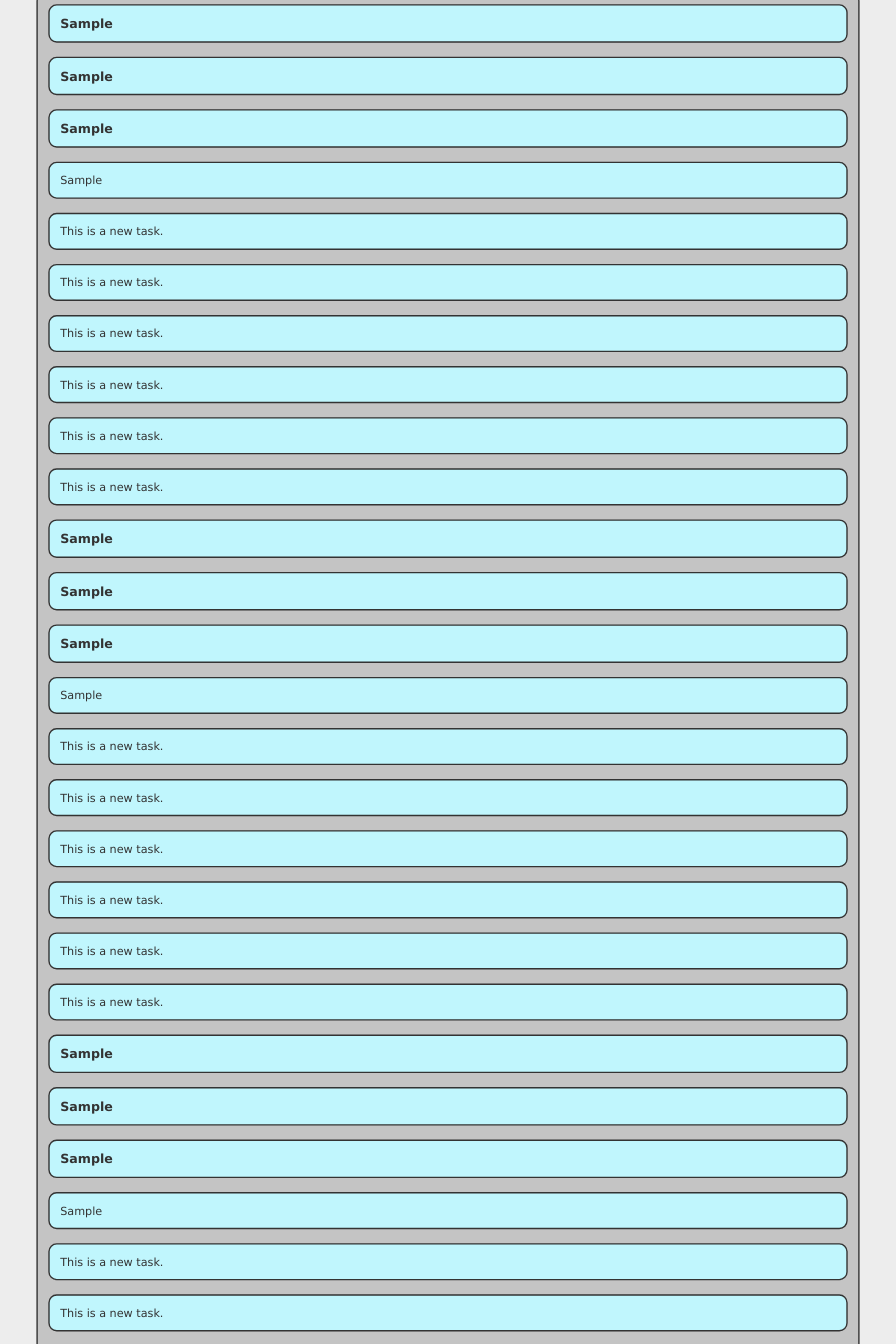
Repository: stuart-rickard/taskinator
Page: index.html
These files come from the project's save history. The page is drawn as it stood at one moment and after the next save; the edit follows.
The browser window is 1280 px wide. The pictures show the part of the page from y = 350 to 2270 px (the page is 6223 px tall before and 6598 px after), at 70% of full size.
Empty fields were first filled with sample values (such as "Sample", 5 or name@example.com).
After loading, the first visible `#task-form` was submitted once.

Above is the page before, as saved 2021-11-17 01:14:46.

### index.html
<!DOCTYPE html>
<html lang="en">
<head>
    <meta charset="UTF-8">
    <meta http-equiv="X-UA-Compatible" content="IE=edge">
    <meta name="viewport" content="width=device-width, initial-scale=1.0">
    <title>Taskinator</title>
    <link rel="stylesheet" href="./assets/css/style.css">
</head>
<body>
    <header>
        <h1 class="page-title">Taskinator</h1>
        <p>Click the button below to add a new task!</p>
        <form id="task-form">
            <div class="form-group">
                <input type="text" name="task-name" placeholder="Enter Task Name" />
            </div>
            <div class="form-group">
                <select name="task-type" class="select-dropdown">
                  <option value="" disabled selected>Pick a task type</option>
                  <option value="Print">Print</option>
                  <option value="Web">Web</option>
                  <option value="Mobile">Mobile</option>
                </select>
            </div>
            <div class="form-group">
                <button class="btn" id="save-task" type="submit">Add Task</button>
            </div>
        </form>
    </header>
    <main class="page-content">
        <section class="task-list-wrapper">
          <h2 class="list-title">Tasks To Do</h2>
          <ul class="task-list" id="tasks-to-do">

          </ul>
        </section>
    </main>
    <footer>
        &copy;2020 by Taskinator
    </footer>

    <script src="./assets/js/script.js"></script>
</body>
</html>
<!DOCTYPE html>
<html lang="en">
<head>
    <meta charset="UTF-8">
    <meta http-equiv="X-UA-Compatible" content="IE=edge">
    <meta name="viewport" content="width=device-width, initial-scale=1.0">
    <title>Taskinator</title>
    <link rel="stylesheet" href="./assets/css/style.css">
</head>
<body>
    <header>
        <h1 class="page-title">Taskinator</h1>
        <p>Click the button below to add a new task!</p>
        <form id="task-form">
            <div class="form-group">
                <input type="text" name="task-name" placeholder="Enter Task Name" />
            </div>
            <div class="form-group">
                <select name="task-type">
                  <option value="" disabled selected>Pick a task type</option>
                  <option value="Print">Print</option>
                  <option value="Web">Web</option>
                  <option value="Mobile">Mobile</option>
                </select>
            </div>
            <div class="form-group">
                <button class="btn" id="save-task" type="submit">Add Task</button>
            </div>
        </form>
    </header>
    <main class="page-content">
        <section class="task-list-wrapper">
          <h2 class="list-title">Tasks To Do</h2>
          <ul class="task-list" id="tasks-to-do">

          </ul>
        </section>
    </main>
    <footer>
        &copy;2020 by Taskinator
    </footer>

    <script src="./assets/js/script.js"></script>
</body>
</html>
<!DOCTYPE html>
<html lang="en">
<head>
    <meta charset="UTF-8">
    <meta http-equiv="X-UA-Compatible" content="IE=edge">
    <meta name="viewport" content="width=device-width, initial-scale=1.0">
    <title>Taskinator</title>
    <link rel="stylesheet" href="./assets/css/style.css">
</head>
<body>
    <header>
        <h1 class="page-title">Taskinator</h1>
        <p>Click the button below to add a new task!</p>
        <form id="task-form">
            <div class="form-group">
                <input type="text" name="task-name" placeholder="Enter Task Name" />
            </div>
            <div class="form-group">
                <button class="btn" id="save-task" type="submit">Add Task</button>
            </div>
        </form>
    </header>
    <main class="page-content">
        <section class="task-list-wrapper">
          <h2 class="list-title">Tasks To Do</h2>
          <ul class="task-list" id="tasks-to-do">

          </ul>
        </section>
    </main>
    <footer>
        &copy;2020 by Taskinator
    </footer>

    <script src="./assets/js/script.js"></script>
</body>
</html>
<!DOCTYPE html>
<html lang="en">
<head>
    <meta charset="UTF-8">
    <meta http-equiv="X-UA-Compatible" content="IE=edge">
    <meta name="viewport" content="width=device-width, initial-scale=1.0">
    <title>Taskinator</title>
    <link rel="stylesheet" href="./assets/css/style.css">
</head>
<body>
    <header>
        <h1 class="page-title">Taskinator</h1>
        <p>Click the button below to add a new task!</p>
        <form id="task-form">
            <div class="form-group">
                <button class="btn" id="save-task" type="submit">Add Task</button>
            </div>
        </form>
    </header>
    <main class="page-content">
        <section class="task-list-wrapper">
          <h2 class="list-title">Tasks To Do</h2>
          <ul class="task-list" id="tasks-to-do">

          </ul>
        </section>
    </main>
    <footer>
        &copy;2020 by Taskinator
    </footer>

    <script src="./assets/js/script.js"></script>
</body>
</html>
<!DOCTYPE html>
<html lang="en">
<head>
    <meta charset="UTF-8">
    <meta http-equiv="X-UA-Compatible" content="IE=edge">
    <meta name="viewport" content="width=device-width, initial-scale=1.0">
    <title>Taskinator</title>
    <link rel="stylesheet" href="./assets/css/style.css">
</head>
<body>
    <header>
        <h1 class="page-title">Taskinator</h1>
        <p>Click the button below to add a new task!</p>
        <button class="btn" id="save-task" >Add Task</button>
    </header>
    <main class="page-content">
        <section class="task-list-wrapper">
          <h2 class="list-title">Tasks To Do</h2>
          <ul class="task-list" id="tasks-to-do">
            <li class="task-item">A task is going to be added soon!</li>
          </ul>
        </section>
    </main>
    <footer>
        &copy;2020 by Taskinator
    </footer>

    <script src="./assets/js/script.js"></script>
</body>
</html>

### assets/css/style.css
* {
  box-sizing: border-box;
}

:root {
  --primary: #44e9ff;
  --secondary: #497980;
  --tertiary: rgb(192, 246, 253);
  --grey: #333;
  font-size: 62.5%;
}

body {
  background: #ededed;
  color: var(--grey);
  margin: 0;
  padding: 0;
  display: flex;
  min-height: 100vh;
  flex-direction: column;
  font-family: Verdana, Geneva, Tahoma, sans-serif;
}

header {
  background: var(--secondary);
  padding: 30px 25px;
  border-bottom: 5px solid var(--primary);
}

header p {
  color: var(--tertiary);
  margin: 5px 0 20px;
  font-size: 2rem;
}

p,
li {
  font-size: 1.6rem;
}

form {
  display: flex;
  align-items: flex-end;
  flex-wrap: wrap;
}

form input {
  outline: none;
  border: none;
  padding: 12px;
  width: 100%;
  font-size: 2.2rem;
  border: 2px solid var(--grey);
  border-radius: 12px;
}

form .form-group {
  margin: 10px 6px 10px 0;
  flex: 1;
}

footer {
  width: 100%;
  background: var(--secondary);
  color: var(--tertiary);
  font-size: 2.4rem;
  padding: 20px;
  border-top: 5px solid var(--primary);
}

.page-title {
  color: var(--primary);
  margin-bottom: 5px;
  margin-top: 0;
  font-size: 4.5rem;
}

.page-content {
  flex: 1;
  display: flex;
  flex-wrap: wrap;
  justify-content: center;
  margin: 25px auto;
  width: 95%;
}

.task-list-wrapper {
  flex: 1;
  margin: 0 20px 20px;
}

.list-title {
  color: var(--secondary);
  font-size: 2.6rem;
}

.task-list {
  list-style: none;
  padding: 15px;
  height: calc(100% - 50px);
  background: rgb(196, 196, 196);
  border-radius: 12px;
  border: 2px solid var(--grey);
}

.task-item {
  color: var(--grey);
  padding: 15px 15px;
  border: 2px solid var(--grey);
  background: var(--tertiary);
  border-radius: 12px;
  margin-bottom: 20px;
}

.task-name {
  margin: 0;
  font-size: 1.8rem;
}

.task-type {
  color: var(--secondary);
  font-size: 1.55rem;
}
.task-actions {
  display: flex;
  flex-wrap: wrap;
  align-items: center;
  margin: 10px 0 5px 0;
  justify-content: space-between;
}

.task-actions button,
.task-actions select {
  flex: 1;
}

.btn {
  outline: none;
  border: none;
  display: inline-block;
  padding: 10px 15px;
  background: var(--primary);
  font-size: 2.2rem;
  border-radius: 12px;
  position: relative;
  top: -3px;
  box-shadow: 0 3px var(--grey);
}

.btn:hover {
  box-shadow: 0 2px var(--grey);
  top: -2px;
}
.btn:active {
  box-shadow: 0 0px var(--grey);
  top: 0;
}

.edit-btn,
.delete-btn {
  font-size: 1.4rem;
  padding: 5px 7px;
  margin: 3px;
  background: var(--secondary);
  color: #fff;
}

.select-dropdown,
.select-status {
  display: block;
  font-size: 2.2rem;
  color: #444;
  padding: 12px;
  width: 100%;
  max-width: 100%;
  margin: 0;
  border: 2px solid var(--grey);
  border-radius: 12px;
  -moz-appearance: none;
  -webkit-appearance: none;
  appearance: none;
  background-color: #fff;
  background-image: url("../images/select-arrow.svg");
  background-repeat: no-repeat, repeat;
  background-position: right 0.7em top 50%, 0 0;
  background-size: 0.65em auto, 100%;
}

.select-status {
  font-size: 1.4rem;
  padding: 4px 28px 4px 4px;
  width: auto;
}

.select-dropdown::-ms-expand,
.select-status::-ms-expand {
  display: none;
}

.select-dropdown:hover,
.select-status:hover {
  border-color: #888;
}

.select-dropdown:focus,
.select-status:focus {
  border-color: #aaa;
  box-shadow: 0 0 1px 3px rgba(59, 153, 252, 0.7);
  box-shadow: 0 0 0 3px -moz-mac-focusring;
  color: #222;
  outline: none;
}
.select-dropdown option,
.select-status option {
  font-weight: normal;
  font-size: 2rem;
}

@media screen and (max-width: 980px) {
  form .form-group {
    flex: 1 100%;
  }

  form .form-group button {
    width: 100%;
  }

  .task-list-wrapper {
    flex-basis: 100%;
  }

}

### assets/js/script.js
var formEl = document.querySelector("#task-form");
var tasksToDoEl = document.querySelector("#tasks-to-do");

var createTaskHandler = function() {

    event.preventDefault();
    var taskNameInput = document.querySelector("input[name='task-name']").value;
    var taskTypeInput = document.querySelector("select[name='task-type']").value;

    // create list item
    var listItemEl = document.createElement("li");
    listItemEl.className = "task-item";

    // create div to hold task info and add to list item
    var taskInfoEl = document.createElement("div");
    // give it a class name
    taskInfoEl.className = "task-info";
    // add HTML content to div
    taskInfoEl.innerHTML = "<h3 class='task-name'>" + taskNameInput + "</h3><span class='task-type'>" + taskTypeInput + "</span>";

    listItemEl.appendChild(taskInfoEl);

    // add entire list item to list
    tasksToDoEl.appendChild(listItemEl);

  }

formEl.addEventListener("submit", createTaskHandler);
var formEl = document.querySelector("#task-form");
var tasksToDoEl = document.querySelector("#tasks-to-do");

var createTaskHandler = function() {

    event.preventDefault();
    var taskNameInput = document.querySelector("input[name='task-name']").value;
    var taskTypeInput = document.querySelector("select[name='task-type']").value;

    // create list item
    var listItemEl = document.createElement("li");
    listItemEl.className = "task-item";

    // create div to hold task info and add to list item
    var taskInfoEl = document.createElement("div");
    // give it a class name
    taskInfoEl.className = "task-info";
    // add HTML content to div
    taskInfoEl.innerHTML = "<h3 class='task-name'>" + taskNameInput + "</h3><span class='task-type'>" + taskTypeInput + "</span>";

    listItemEl.appendChild(taskInfoEl);

    // add entire list item to list
    tasksToDoEl.appendChild(listItemEl);

    console.dir(listItemEl);
  }

formEl.addEventListener("submit", createTaskHandler);
var formEl = document.querySelector("#task-form");
var tasksToDoEl = document.querySelector("#tasks-to-do");

var createTaskHandler = function() {

    event.preventDefault();
    var taskNameInput = document.querySelector("input[name='task-name']").value;
    var taskTypeInput = document.querySelector("select[name='task-type']").value;

    // create list item
    var listItemEl = document.createElement("li");
    listItemEl.className = "task-item";

    // create div to hold task info and add to list item
    var taskInfoEl = document.createElement("div");
    // give it a class name
    taskInfoEl.className = "task-info";
    // add HTML content to div
    taskInfoEl.innerHTML = "<h3 class='task-name'>" + taskNameInput + "</h3><span class='task-type'>" + taskTypeInput + "</span>";

    listItemEl.appendChild(taskInfoEl);

    // add entire list item to list
    tasksToDoEl.appendChild(listItemEl);
  }

formEl.addEventListener("submit", createTaskHandler);
var formEl = document.querySelector("#task-form");
var tasksToDoEl = document.querySelector("#tasks-to-do");

var createTaskHandler = function() {

    event.preventDefault();
    var taskNameInput = document.querySelector("input[name='task-name']").value;

    var listItemEl = document.createElement("li");
    listItemEl.className = "task-item";
    listItemEl.textContent = taskNameInput;
    tasksToDoEl.appendChild(listItemEl);
  }

  formEl.addEventListener("submit", createTaskHandler);
var formEl = document.querySelector("#task-form");
var tasksToDoEl = document.querySelector("#tasks-to-do");

var createTaskHandler = function() {

    event.preventDefault();
    var taskNameInput = document.querySelector("input[name='task-name']");
    console.dir(taskNameInput);

    var listItemEl = document.createElement("li");
    listItemEl.className = "task-item";
    listItemEl.textContent = "This is a new task.";
    tasksToDoEl.appendChild(listItemEl);
  }

  formEl.addEventListener("submit", createTaskHandler);
var formEl = document.querySelector("#task-form");
var tasksToDoEl = document.querySelector("#tasks-to-do");

var createTaskHandler = function() {

    event.preventDefault();

    var listItemEl = document.createElement("li");
    listItemEl.className = "task-item";
    listItemEl.textContent = "This is a new task.";
    tasksToDoEl.appendChild(listItemEl);
  }

  formEl.addEventListener("submit", createTaskHandler);
var formEl = document.querySelector("#task-form");
var tasksToDoEl = document.querySelector("#tasks-to-do");

var createTaskHandler = function() {

    event.preventDefault();

    var listItemEl = document.createElement("li");
    listItemEl.className = "task-item";
    listItemEl.textContent = "This is a new task.";
    tasksToDoEl.appendChild(listItemEl);
    console.log(event);
  }

  formEl.addEventListener("submit", createTaskHandler);
var formEl = document.querySelector("#task-form");
var tasksToDoEl = document.querySelector("#tasks-to-do");

var createTaskHandler = function() {

    event.preventDefault();

    var listItemEl = document.createElement("li");
    listItemEl.className = "task-item";
    listItemEl.textContent = "This is a new task.";
    tasksToDoEl.appendChild(listItemEl);
    console.log();
  }

  formEl.addEventListener("submit", createTaskHandler);
var formEl = document.querySelector("#task-form");
var tasksToDoEl = document.querySelector("#tasks-to-do");

var createTaskHandler = function() {

    event.preventDefault();

    var listItemEl = document.createElement("li");
    listItemEl.className = "task-item";
    listItemEl.textContent = "This is a new task.";
    tasksToDoEl.appendChild(listItemEl);
  }

  formEl.addEventListener("submit", createTaskHandler);
var formEl = document.querySelector("#task-form");
var tasksToDoEl = document.querySelector("#tasks-to-do");

var createTaskHandler = function() {
    var listItemEl = document.createElement("li");
    listItemEl.className = "task-item";
    listItemEl.textContent = "This is a new task.";
    tasksToDoEl.appendChild(listItemEl);
  }

  formEl.addEventListener("submit", createTaskHandler);
var buttonEl = document.querySelector("#save-task");
var tasksToDoEl = document.querySelector("#tasks-to-do");

var createTaskHandler = function() {
    var listItemEl = document.createElement("li");
    listItemEl.className = "task-item";
    listItemEl.textContent = "This is a new task.";
    tasksToDoEl.appendChild(listItemEl);
  }

buttonEl.addEventListener("click", createTaskHandler);

After the next save:
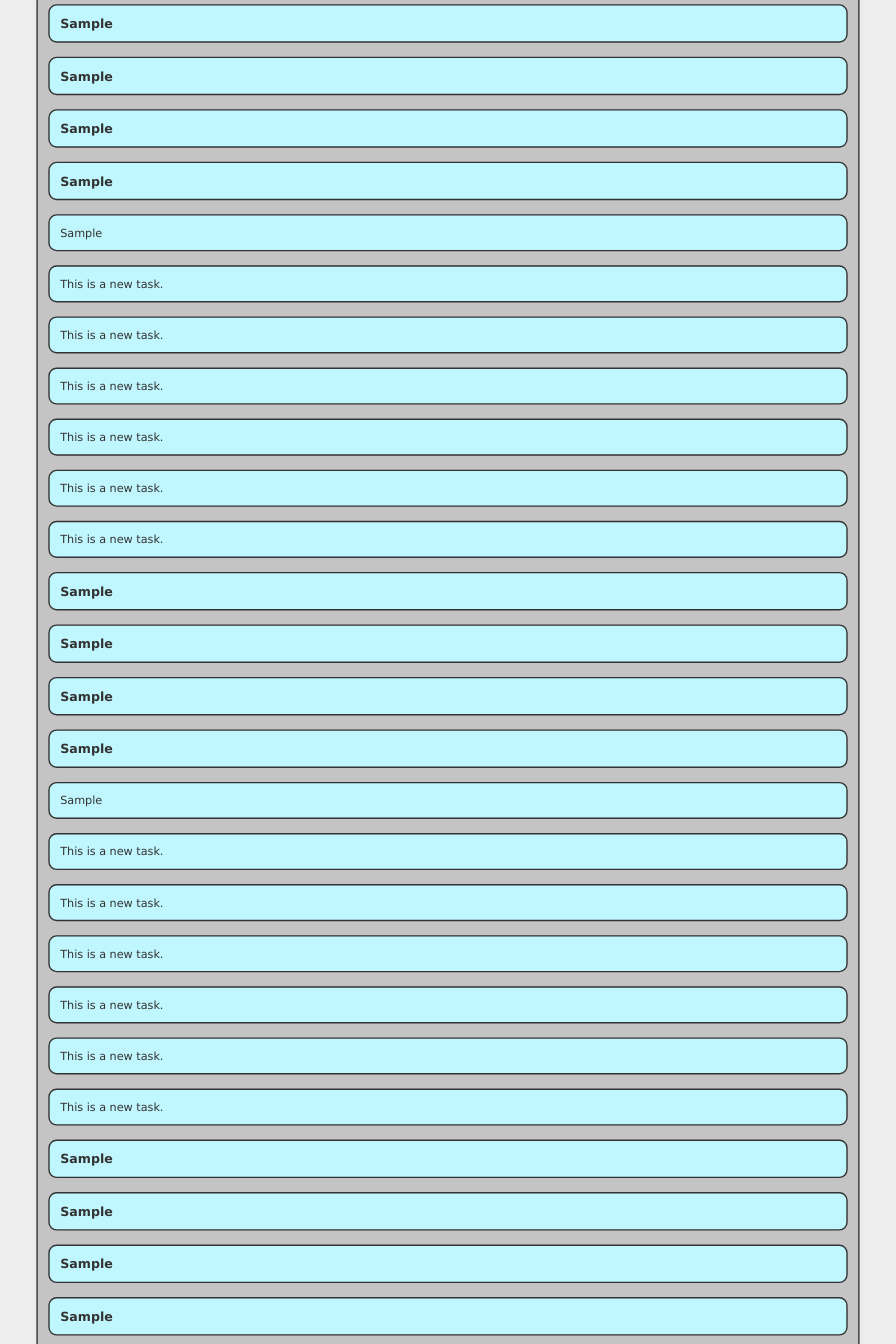
Saved 21 s later.
--- a/assets/js/script.js
+++ b/assets/js/script.js
@@ -1,3 +1,31 @@
+var formEl = document.querySelector("#task-form");
+var tasksToDoEl = document.querySelector("#tasks-to-do");
+
+var createTaskHandler = function() {
+
+    event.preventDefault();
+    var taskNameInput = document.querySelector("input[name='task-name']").value;
+    var taskTypeInput = document.querySelector("select[name='task-type']").value;
+
+    // create list item
+    var listItemEl = document.createElement("li");
+    listItemEl.className = "task-item";
+
+    // create div to hold task info and add to list item
+    var taskInfoEl = document.createElement("div");
+    // give it a class name
+    taskInfoEl.className = "task-info";
+    // add HTML content to div
+    taskInfoEl.innerHTML = "<h3 class='task-name'>" + taskNameInput + "</h3><span class='task-type'>" + taskTypeInput + "</span>";
+
+    listItemEl.appendChild(taskInfoEl);
+
+    // add entire list item to list
+    tasksToDoEl.appendChild(listItemEl);
+
+  };
+
+formEl.addEventListener("submit", createTaskHandler);
 var formEl = document.querySelector("#task-form");
 var tasksToDoEl = document.querySelector("#tasks-to-do");
 
